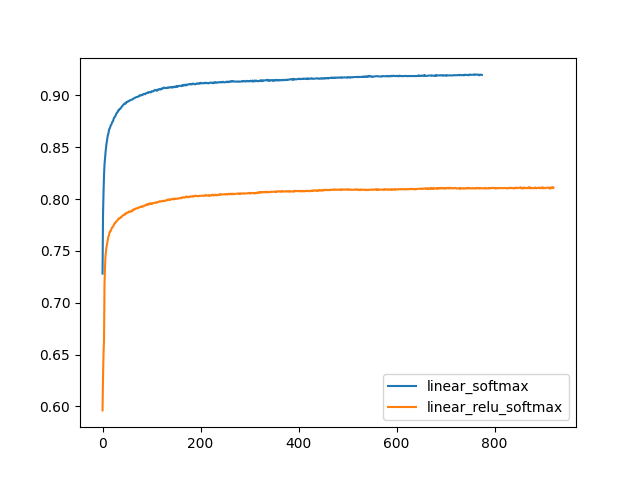
Repository: zhaoxh16/Neural-Network-Course-Homework-1
Script's output: python draw_pic.py
The author's editor kept a copy of each file at every save. The script's output is drawn from the files as they stood at one save, then again after the next save.
Random numbers start from a fixed seed.

Above is the script's output before, as saved 2019-09-21 10:21:48.

After the next save:
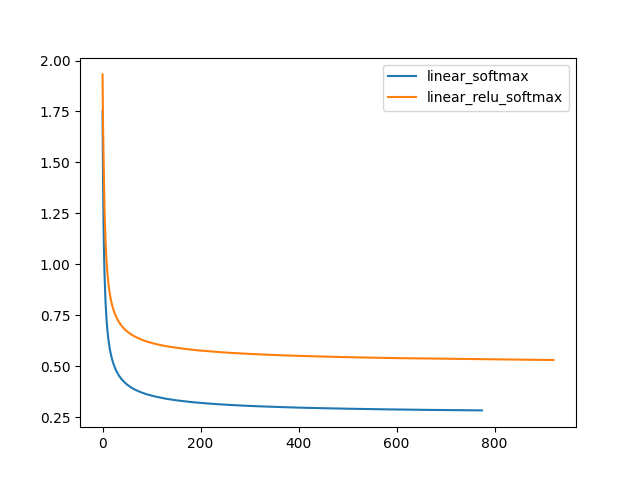
Saved 28 s later.
--- a/draw_pic.py
+++ b/draw_pic.py
@@ -36,6 +36,6 @@ for name in experiment_names:
 
 plt.cla()
 for name, result in result_dict.items():
-    plt.plot(range(len(result["test_acc"])), result["test_acc"], label=name)
+    plt.plot(range(len(result["test_loss"])), result["test_loss"], label=name)
 plt.legend()
 plt.savefig(os.path.join("analyze", "linear_add_relu.png"))
